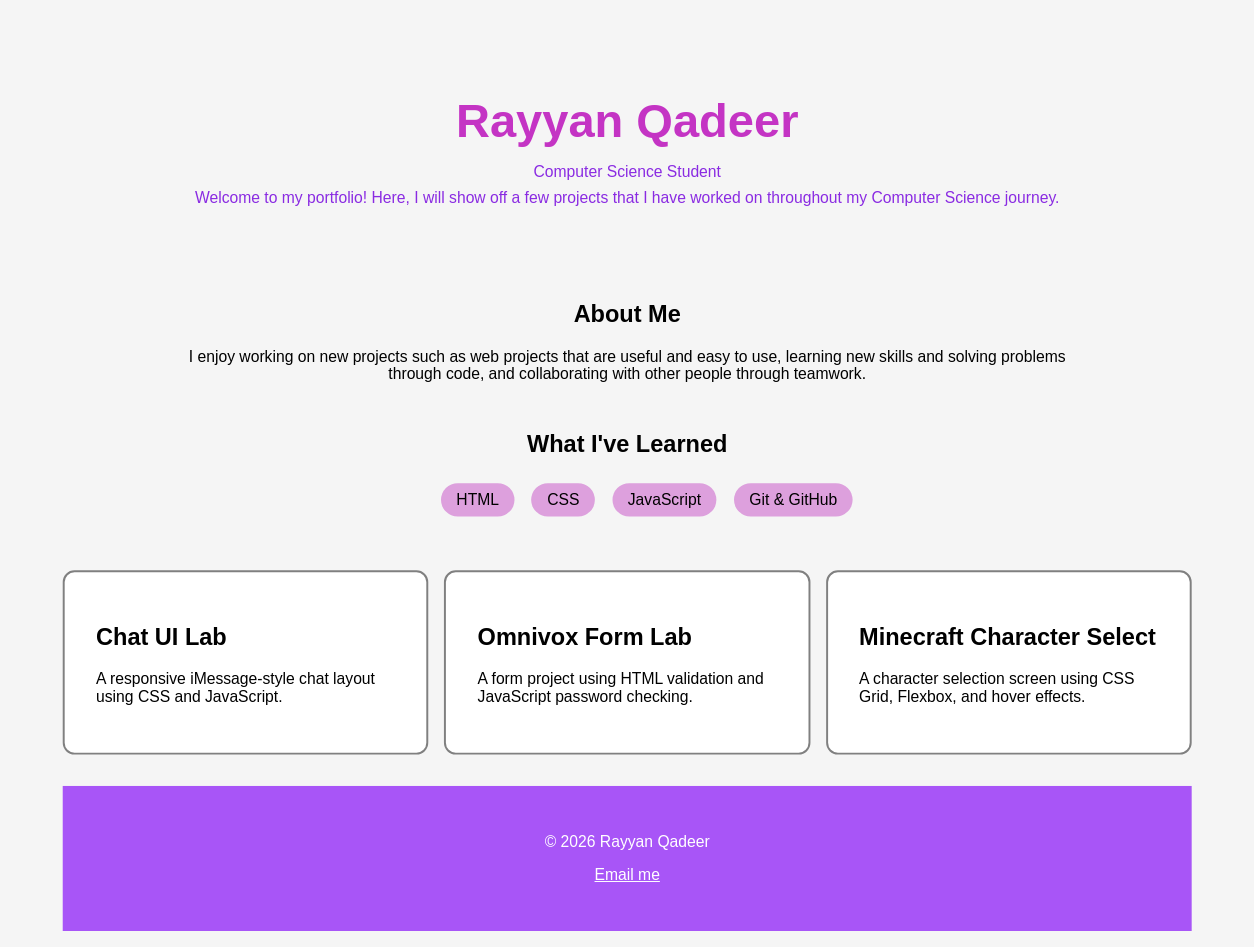
Repository: rayyan-qadeer/rayyan-qadeer
Page: index.html
An editor plug-in stored every save of this project. The page is shown before and after the next save, followed by the edit.
The browser window is 1280 px wide. The pictures show the whole page, at 98% of full size.

Above is the page before, as saved 2026-05-20 19:49:58.

### index.html
<!doctype html>
<html lang="en">
  <head>
    <meta charset="UTF-8" />
    <meta name="viewport" content="width=device-width, initial-scale=1.0" />
    <title>Rayyan Qadeer Portfolio</title>
    <link rel="stylesheet" href="./styles/globals.css" />
    <link rel="stylesheet" href="./styles/index.css" />
  </head>
  <body>
    <main>
      <header>
        <h1>Rayyan Qadeer</h1>
        <p class="subtitle">Computer Science Student</p>
        <p class="description">
          Welcome to my portfolio! Here, I will show off a few projects that I
          have worked on throughout my Computer Science journey.
        </p>
      </header>

      <section class="about">
        <h2>About Me</h2>
        <p>
          I enjoy working on new projects such as web projects that are useful
          and easy to use, learning new skills and solving problems through
          code, and collaborating with other people through teamwork.
        </p>
      </section>

      <section class="skills">
        <h2>What I've Learned</h2>
        <ul>
          <li>HTML</li>
          <li>CSS</li>
          <li>JavaScript</li>
          <li>Git & GitHub</li>
        </ul>
      </section>

      <section class="projects">
        <a class="card" href="./pages/chat-ui.html">
          <h2>Chat UI Lab</h2>
          <p>
            A responsive iMessage-style chat layout using CSS and JavaScript.
          </p>
        </a>

        <a class="card" href="./pages/omnivox-form.html">
          <h2>Omnivox Form Lab</h2>
          <p>
            A form project using HTML validation and JavaScript password
            checking.
          </p>
        </a>

        <a class="card" href="./pages/minecraft-character-select.html">
          <h2>Minecraft Character Select</h2>
          <p>
            A character selection screen using CSS Grid, Flexbox, and hover
            effects.
          </p>
        </a>
      </section>

      <footer>
        <p>© 2026 Rayyan Qadeer</p>
        <p>
          <a href="mailto:rayyanqadeer@outlook.com">Email me</a>
        </p>
      </footer>
    </main>
  </body>
</html>

### styles/globals.css
body {
  margin: 0rem;
  font-family: Arial, Helvetica, sans-serif;
  background-color: whitesmoke;
  color: black;
}

header h1 {
  font-size: 3rem;
  margin-bottom: 0.5rem;
  color: rgb(196, 52, 196);
}

### styles/index.css
main {
  padding: 1rem;
  max-width: 90%;
  margin: 0 auto;
}

header {
  text-align: center;
  margin-bottom: 3rem;
  padding: 3rem 1rem;
}

.subtitle {
  color: blueviolet;
  margin-bottom: 0.5rem;
}

.description {
  max-width: 80%;
  margin: 0 auto;
  color: blueviolet;
}

.about,
.skills {
  text-align: center;
  max-width: 80%;
  margin: 3rem auto;
}

.skills li {
  display: inline-block;
  margin: 0.4rem;
  padding: 0.5rem 1rem;
  background-color: plum;
  border-radius: 20px;
}

.projects {
  display: grid;
  grid-template-columns: 1fr;
  gap: 1rem;
  margin: 2rem auto;
}

.card {
  background-color: white;
  padding: 2rem;
  border-radius: 0.75rem;
  border: 2px solid gray;
  text-decoration: none;
  color: black;
  transition:
    transform 0.2s ease,
    background-color 0.2s ease;
}

.card:hover {
  transform: translateY(-4px);
  background-color: plum;
}

.card:focus {
  outline: 3px solid blueviolet;
  outline-offset: 4px;
}

footer a {
  color: white;
}

footer {
  text-align: center;
  margin-top: 2rem;
  padding: 2rem;
  background-color: rgb(168, 85, 247);
  color: white;
}

@media (min-width: 768px) {
  .projects {
    grid-template-columns: repeat(2, 1fr);
  }
}

@media (min-width: 1024px) {
  .projects {
    grid-template-columns: repeat(3, 1fr);
  }
}

After the next save:
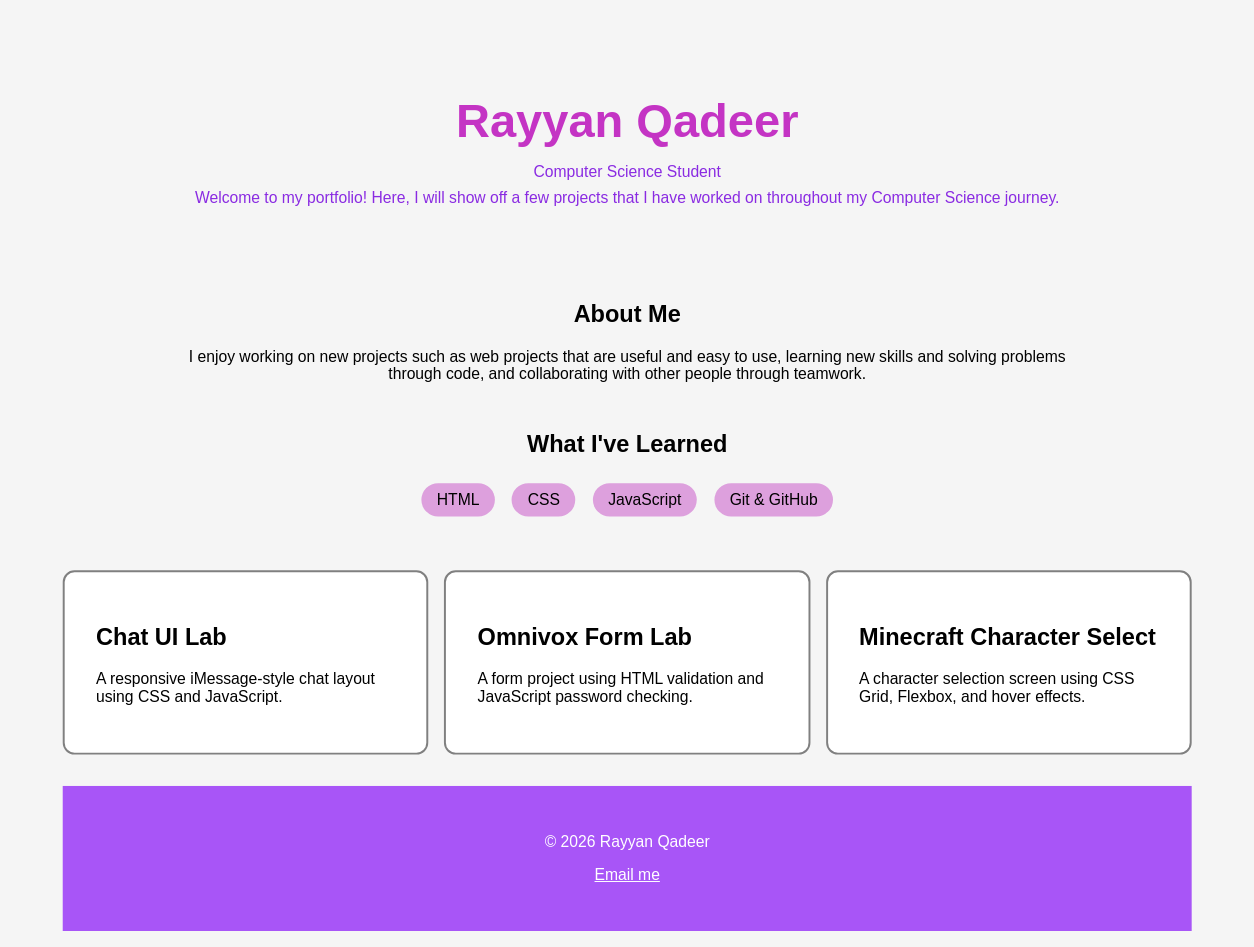
Saved 3 min 6 s later.
--- a/styles/index.css
+++ b/styles/index.css
@@ -26,6 +26,12 @@ header {
   text-align: center;
   max-width: 80%;
   margin: 3rem auto;
+}
+
+.skills ul {
+  padding: 0;
+  margin: 0;
+  list-style: none;
 }
 
 .skills li {
